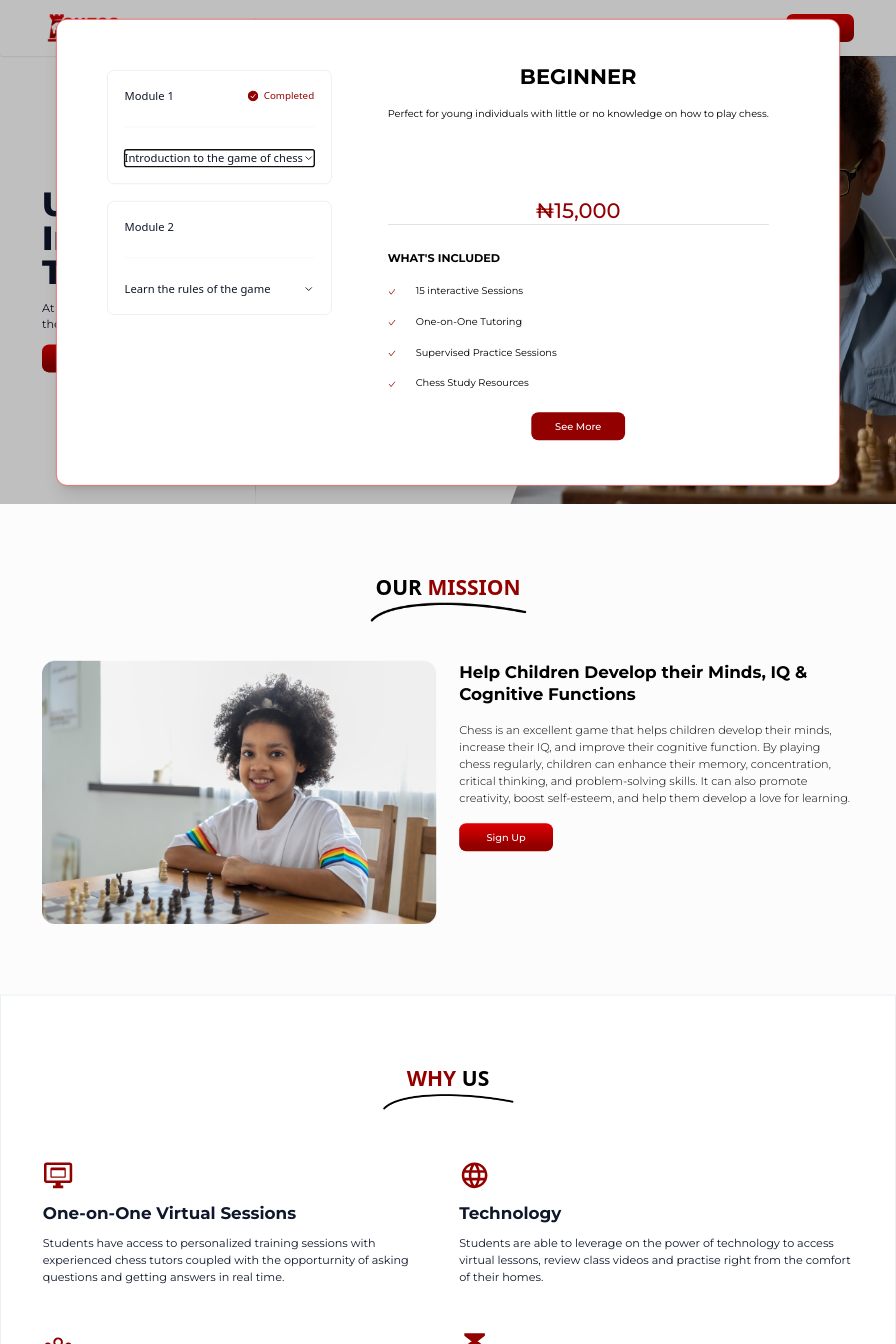
Repository: CelestinaUwajeh/chess-champ-fe
Page: /, after clicking the first element matching `button.w-\[134px\]`
The author's editor kept a copy of each file at every save. The page is drawn from the files as they stood at one save, then again after the next save.
The browser window is 1280 px wide. The pictures show the part of the page from y = 0 to 1920 px (the page is 4303 px tall), at 70% of full size.
The project was rebuilt for these pictures with package versions that can differ from the ones it lists, and the page was loaded fresh each time. The framework's server and built-in components were replaced by stand-ins that run in the browser. Also part of the build but not shown: next.config.js, app/(dashboard)/parent/child/[id]/progress/highlight.tsx, app/(dashboard)/parent/child/[id]/progress/attendance.tsx, components/ui/progress.tsx, app/(dashboard)/parent/child/[id]/progress/percentage.tsx, app/(dashboard)/parent/child/[id]/progress/points.tsx, app/(dashboard)/parent/child/[id]/progress/page.tsx.

Above is the page before, as saved 2023-08-09 22:04:44.

After the next save:
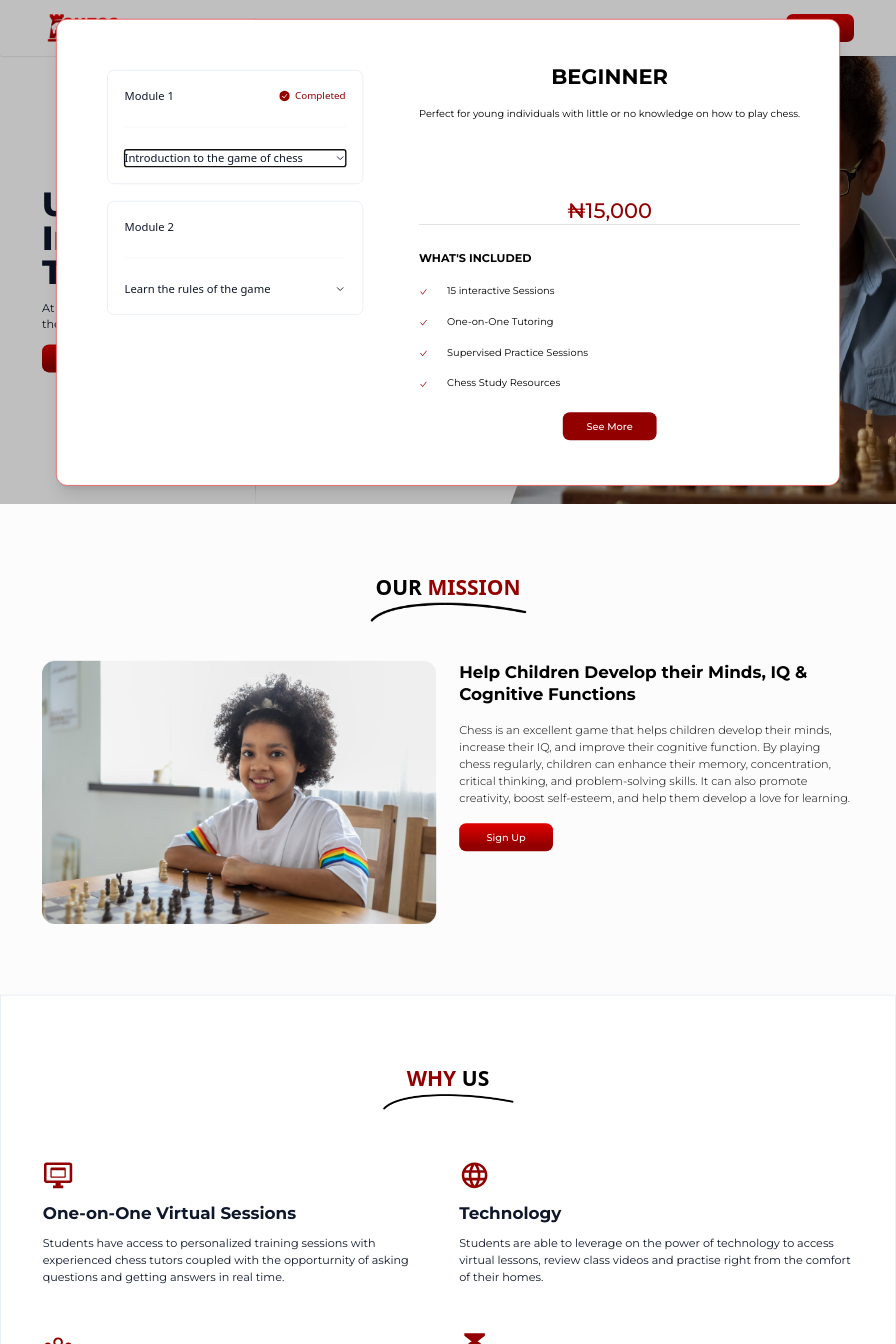
Saved 17 s later.
--- a/components/pricing-card/modal-content.tsx
+++ b/components/pricing-card/modal-content.tsx
@@ -10,7 +10,7 @@ interface PropType {
 const ModalContent = ({ data }: PropType) => {
   return (
     <div className="flex w-full">
-      <div>
+      <div className="flex-1">
         <Module modules={modules} />
       </div>
       <div>
